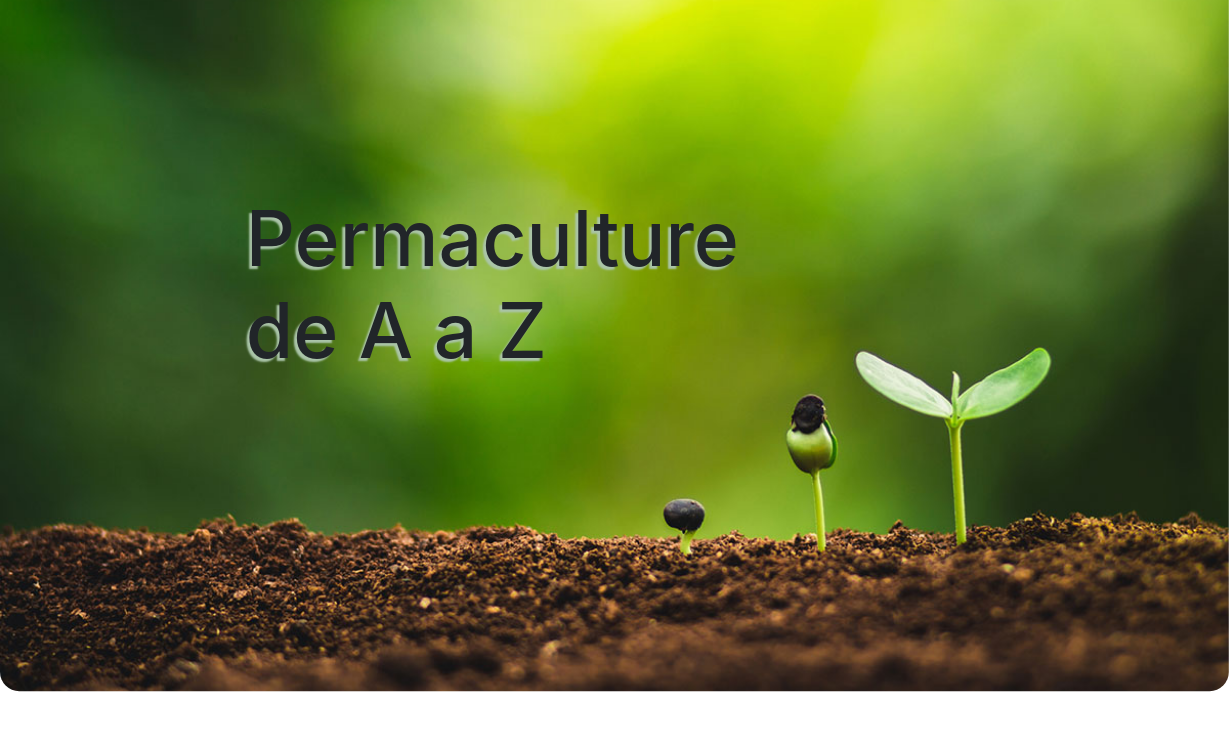
Repository: ahthionkevin/permaculture
Page: index.html
An editor plug-in stored every save of this project. The page is shown before and after the next save, followed by the edit.
The browser window is 1280 px wide. The pictures show the whole page, at 96% of full size.

Above is the page before, as saved 2021-07-06 21:35:17.

After the next save:
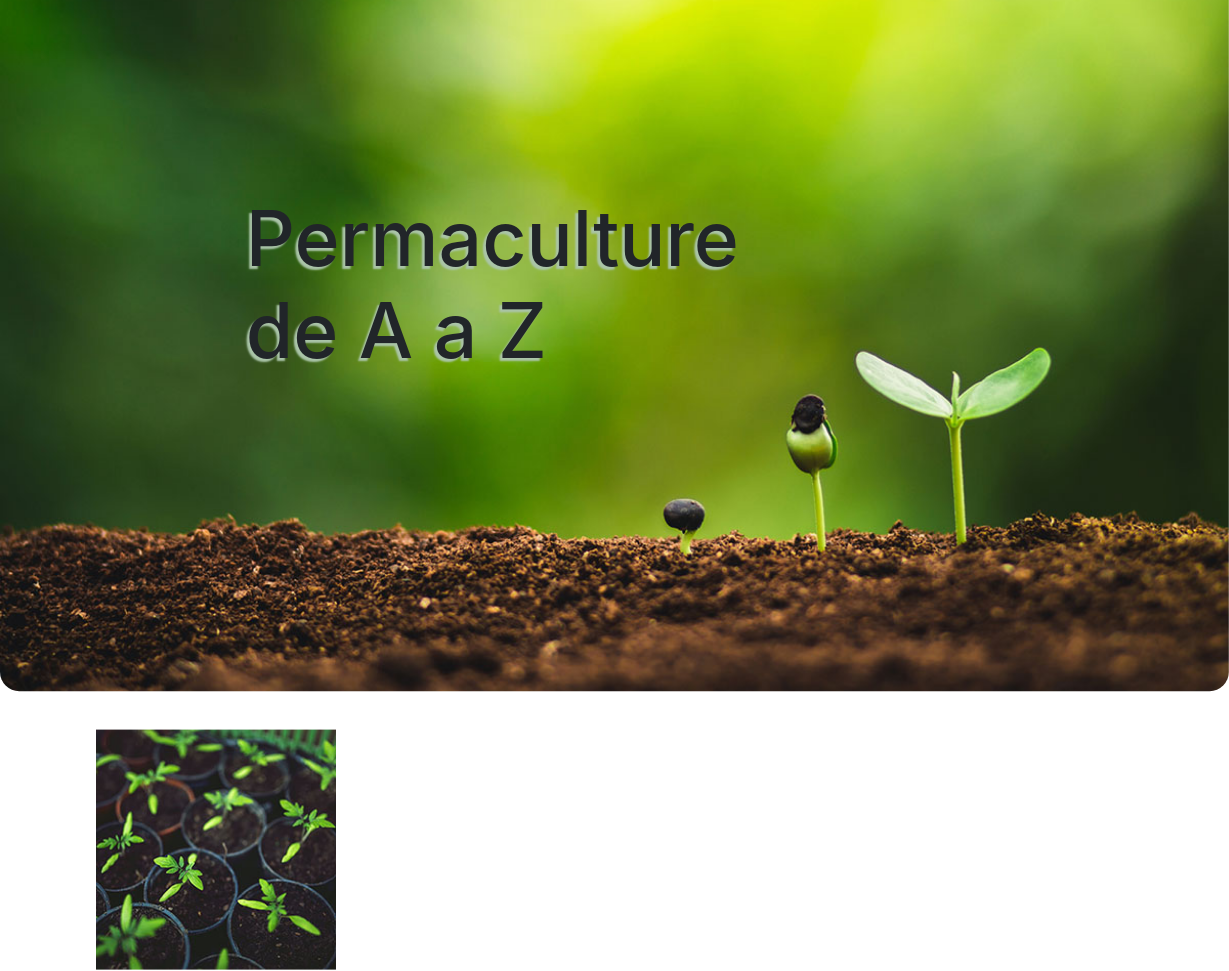
Saved 83 s later.
--- a/index.html
+++ b/index.html
@@ -15,7 +15,13 @@
     <div class="container">
         <div class="row">
             <div class="col-lg-9" id="leftPart">
-
+                <div class="container">
+                    <div class="row element">
+                        <div class="col-sm-4">
+                            <img src="./media/planter.jpg" alt="">
+                        </div>
+                    </div>
+                </div>
             </div>
             <div class="col-lg-9" id="rightPart">
 
